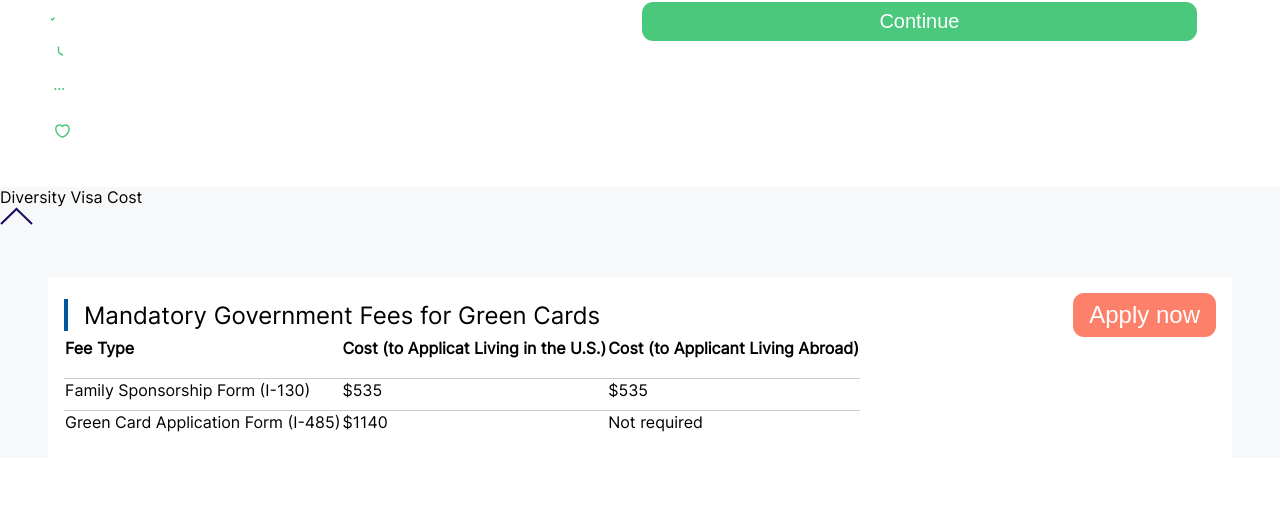
Repository: switch247/small_ui
Page: /, after clicking the first element matching `div.dropdown__clickable`
These files come from the project's save history. The page is drawn as it stood at one moment and after the next save; the edit follows.
The browser window is 1280 px wide. The pictures show the part of the page from y = 720 to 1263 px (the page is 1226 px tall before and 1263 px after).
The project was rebuilt for these pictures with package versions that can differ from the ones it lists, and the page was loaded fresh each time.

Above is the page before, as saved 2023-10-12 17:14:27.

### src/index.css
@font-face {
  font-family: Inter;
  src: url("./assets/fonts/Inter-Regular.ttf");
}

body {
  margin: 0;
  font-family: Inter;
}

code {
  font-family: source-code-pro, Menlo, Monaco, Consolas, "Courier New",
    monospace;
}

:root {
  --Verde: #4ac97d;
  --Dark_Blue: #1f3655;
  --Darker_Blue: #011527;
  --Cinza_Cairo: #e8e7e7;
  --Cinza_Cairo_2: #cdcbcb;
  --Azul_Escuro: #01264a;
  --Orange: #fd806b;
}

### src/App.tsx
import React from "react";
import "./App.css";
import Home from "./components/Home";
import TableView from "./components/Table";
import Description from "./components/Description";

function App() {
  return (
    <div className="App">
      <Home />
      <Description />
    </div>
  );
}

export default App;

### src/App.css
html {
  position: relative;
}

.App {
  height: 100%;
}

### src/components/Home.tsx
import React from "react";
import BorderdButton from "../elements/BorderdButton";
import "../css/components/Home.css";
import GreenCard from "./GreenCard";
import NumberCard from "../elements/NumberCard";

const Home = () => {
  return (
    <>
      <div className="app__background"></div>
      <main className="main">
        <header className="app__header">
          <img className="gov_assist_logo" src="/images/Govassist.png" alt="" />
          <BorderdButton text="Live Chat" color="white" />
        </header>
        <div className="main__container">
          <div className="main__left__contianer">
            <div className="main__left__title">
              Win the right to live{" "}
              <span style={{ color: "white" }}>
                {" "}
                <br /> in the USA!
              </span>
            </div>
            <div className="main__left__small_container">
              <div className="edge"></div>
              <div className="main__left__desc">
                The official deadline <br />
                is running, so hurry <br />
                up and{" "}
                <span
                  style={{ textDecoration: "underline", cursor: "pointer" }}
                >
                  apply here!
                </span>
              </div>
              <div className="number__list__container">
                <div>
                  <NumberCard number={27} desc="DAYS" />
                </div>
                <div>
                  <NumberCard number={24} desc="HOURS" />
                </div>
                <div>
                  <NumberCard number={60} desc="MINUTES" />
                </div>
                <div>
                  <NumberCard number={27} desc="SECONDS" />
                </div>
              </div>
            </div>
            <div className="main__left__lists">
              <div className="list">
                <img
                  className="list__img"
                  src="/images/🦆 icon _people_.svg"
                  alt=""
                />
                <div className="list__desc">
                  50,000 people and their families will Live, Work and Study in
                  USA.
                </div>
              </div>
              <div className="list">
                <img
                  className="list__img"
                  src="/images/🦆 icon _medal star_.svg"
                  alt=""
                />
                <div className="list__desc">
                  OFFICIAL USA Governmental program.
                </div>
              </div>
              <div className="list">
                <img
                  className="list__img"
                  src="/images/🦆 icon _wallet check_.svg"
                  alt=""
                />
                <div className="list__desc">
                  Your chance to LIVE, WORK & STUDY in USA.
                </div>
              </div>
              <div className="list">
                <img
                  className="list__img"
                  src="/images/🦆 icon _clock_.svg"
                  alt=""
                />
                <div className="list__desc">
                  Simple registration within 5 minutes.
                </div>
              </div>
              <div className="list">
                <img
                  className="list__img"
                  src="/images/🦆 icon _message_.svg"
                  alt=""
                />
                <div className="list__desc">
                  Personal support in every step.
                </div>
              </div>
              <div className="list">
                <img
                  className="list__img"
                  src="/images/🦆 icon _lovely_.svg"
                  alt=""
                />
                <div className="list__desc">
                  Double chance for married people to win the Green Card.
                </div>
              </div>
            </div>
          </div>
          <div className="main__right__contianer">
            <GreenCard />
          </div>
        </div>
      </main>
    </>
  );
};

export default Home;

### src/components/Description.tsx
import { useState } from "react";
import TableView from "./Table";
import "../css/components/Description.css";

const Description = () => {
  const [dropDownState, setDropDownState] = useState(false);
  let img_src = dropDownState ? "/images/up.svg" : "/images/down.svg";
  return (
    <div className="description__container">
      <div className="description__title"></div>
      <div className="description__dropdowns">
        <div className="dropdown">
          <div
            className="dropdown__clickable"
            onClick={() => {
              setDropDownState((dropDownState) => !dropDownState);
            }}
          >
            <div className="dropdown__title">Diversity Visa Cost</div>
            <img src={img_src} alt="" />
          </div>
          {dropDownState ? <TableView /> : null}
        </div>
      </div>
    </div>
  );
};

export default Description;

### src/elements/BorderdButton.tsx
import React from "react";
import "../css/elements/elements.css";

interface Props {
  borderColor?: string;
  text: string;
  color?: string;
  fontSize?: number;
}
const BorderdButton: React.FC<Props> = ({
  text,
  color,
  borderColor,
  fontSize,
}) => {
  return (
    <button
      className="borderd__button"
      style={{ color: color, borderColor: borderColor, fontSize: fontSize }}
    >
      {text}
    </button>
  );
};

export default BorderdButton;

### src/css/components/Home.css
html {
  position: relative;
  font-family: Inter;
}

.App {
  height: 100%;
}

.app__background {
  position: absolute;
  top: 0;
  left: 0;
  z-index: -9;
  background: url("../../../public/images/background.gif");
  background-repeat: no-repeat;
  background-size: cover;
  background-clip: border-box;
  width: 100%;
  height: 100vh;
}

.app__header {
  display: flex;
  background-color: var(--Dark_Blue);
  justify-content: space-between;
  align-items: center;
  padding: 0.5rem 2rem;
  margin: 2rem 3rem;
  border-top-right-radius: 0.7rem;
  border-bottom-right-radius: 0.7rem;
  border-top-left-radius: 0.7rem;
  border-bottom-left-radius: 0.7rem;
}
.gov_assist_logo {
  width: 10rem;
  aspect-ratio: 2/1;
}

.main__container {
  /* width: 100%; */
  display: flex;
  /* gap: 2rem; */
  margin: 3rem;
  justify-content: space-between;
}

.main__left__contianer {
  display: flex;
  flex-direction: column;
  gap: 2rem;
  flex: 1;
}
.main__left__title {
  font-size: 4rem;
  font-style: normal;
  font-weight: 700;
  color: var(--Verde);
}
.main__left__small_container {
  display: flex;
  justify-content: flex-start;
  align-items: center;
  gap: 1rem;
}
.edge {
  width: 5px;
  height: 4.5rem;
  background-color: #d9d9d9;
}
.number__list__container {
  display: flex;
  gap: 0.5rem;
}
.main__left__desc {
  font-size: 1.5rem;
  font-weight: 500;
  color: white;
}
.main__left__lists {
  display: flex;
  flex-direction: column;
  gap: 1rem;
}
.list {
  display: flex;
  gap: 1rem;
}
.list__img {
  width: 1.4rem;
  aspect-ratio: 1/1;
}
.list__desc {
  color: white;
}
.main__right__contianer {
  flex: 1;
  display: flex;
  justify-content: flex-end;
}

### src/components/GreenCard.tsx
import CustomInput from "../elements/CustomInput";
import "../css/components/GreenCard.css";
import CurvedButton from "../elements/CurvedButton";

const GreenCard = () => {
  return (
    <div className="card__container">
      <div className="small__title">
        <img className="arrow_image" src="/images/right_arrow.svg" alt="" />
        <div className="small_title_1">Check now for free</div>
      </div>
      <div className="main__title">Green card eligibility</div>
      <div className="card__name">
        <CustomInput placeholder="First Name" />
        <CustomInput placeholder="Last Name" />
      </div>
      <div className="card__email">
        <CustomInput placeholder="Email Address" />
        <CustomInput placeholder="Your email" />
      </div>
      <div className="card__country">
        <CustomInput placeholder="Your country of birth" />
      </div>

      <div className="card__marital">
        <CustomInput placeholder="Marital status" />
      </div>
      <div className="card_check">
        <input className="checkbox" type="checkbox" />
        <div>Yes, I finished high school OR I have qualifying training.</div>
      </div>
      <div className="card__continue">
        <CurvedButton
          text="Continue"
          color="white"
          backgroundColor="##4AC97D"
          fontSize={20}
        />
      </div>
    </div>
  );
};

export default GreenCard;

### src/elements/NumberCard.tsx
import React from "react";

interface Props {
  number: number;
  desc: string;
}
const NumberCard: React.FC<Props> = ({ number, desc }) => {
  return (
    <div className="number__container">
      <div className="number">{number}</div>
      <div className="desc">{desc}</div>
    </div>
  );
};

export default NumberCard;

### src/components/Table.tsx
import React from "react";
import "../css/components/Table.css";
import CurvedButton from "../elements/CurvedButton";

interface Props {}

const TableView: React.FC<Props> = () => {
  return (
    <div className="tableview__container">
      <div className="tableview__header">
        <div className="left__coint"></div>
        <div className="tableview__title">
          Mandatory Government Fees for Green Cards
        </div>
        <div className="tableview__curved__btn">
          <CurvedButton
            text="Apply now"
            color="white"
            backgroundColor="#fd806b"
            fontSize={24}
          />
        </div>
      </div>
      <table>
        <thead>
          <tr>
            <th>Fee Type</th>
            <th>Cost (to Applicat Living in the U.S.)</th>
            <th>Cost (to Applicant Living Abroad)</th>
          </tr>
        </thead>
        <tbody>
          <tr>
            <td>Family Sponsorship Form (I-130)</td>
            <td>$535</td>
            <td>$535</td>
          </tr>
          <tr>
            <td>Green Card Application Form (I-485)</td>
            <td>$1140</td>
            <td>Not required</td>
          </tr>
        </tbody>
      </table>
    </div>
  );
};

export default TableView;

### src/css/components/Description.css
.description__container {
  background-color: #f7f8f9;
}

### src/css/elements/elements.css
.curved__button {
  background-color: var(--Verde);
  outline: none;
  border: none;
  border-top-right-radius: 0.7rem;
  border-bottom-right-radius: 0.7rem;
  border-top-left-radius: 0.7rem;
  border-bottom-left-radius: 0.7rem;
  padding: 0.5rem 1rem;
  transition: all 200ms linear;
  cursor: pointer;
  flex: 1;
}

.curved__button:hover {
  background-color: var(--Verde);
}

.borderd__button {
  outline: none;
  border: 2px solid var(--Cinza_Cairo);
  border-top-right-radius: 0.3rem;
  border-bottom-right-radius: 0.3rem;
  border-top-left-radius: 0.3rem;
  border-bottom-left-radius: 0.3rem;
  padding: 0.7rem 1.2rem;
  transition: all 200ms linear;
  cursor: pointer;
  background-color: rgba(255, 255, 255, 0);
}

.custom_input {
  border: none;
  border-top-right-radius: 0.5rem;
  border-bottom-right-radius: 0.5rem;
  border-top-left-radius: 0.5rem;
  border-bottom-left-radius: 0.5rem;
  font-style: italic;
  padding: 0.7rem 0.7rem;
  background-color: var(--Cinza_Cairo);
  flex: 1;
  font-size: 1.2rem;
}
.custom_input:focus {
  outline: none;
}

.custom_input::placeholder {
  font-style: italic;
  color: var(--Cinza_Cairo_2);
  font-weight: 200;
  font-family: Inter;
}

.number__container {
  width: fit-content;
  display: flex;
  flex-direction: column;
  align-items: center;
  padding: 0.5rem 1rem;
  border-top-right-radius: 0.7rem;
  border-bottom-right-radius: 0.7rem;
  border-top-left-radius: 0.7rem;
  border-bottom-left-radius: 0.7rem;
  background-color: #080f1a;
}
.number {
  font-size: 2rem;
  font-weight: 800;
  color: white;
}
.desc {
  font-size: 0.7rem;
  font-weight: 300;
  color: #a5deff;
}

### src/elements/CustomInput.tsx
import React from "react";
import "../css/elements/elements.css";

interface Props {
  placeholder?: string;
  color?: string;
  placholderColor?: string;
  fontSize?: number;
}
const CustomInput: React.FC<Props> = ({
  color,
  placeholder,
  placholderColor,
}) => {
  return (
    <input
      className="custom_input"
      type="text"
      placeholder={placeholder}
      color={color}
    />
  );
};

export default CustomInput;

### src/css/components/GreenCard.css
.card__container {
  /* width: 40%; */
  width: fit-content;
  background-color: white;
  padding: 2.2rem;
  display: flex;
  flex-direction: column;
  align-items: center;
  justify-content: center;
  gap: 1.5rem;
  border-radius: 50px;
}
.small__title {
  display: flex;
  align-self: start;
  align-items: center;
  gap: 1rem;
  color: var(--Verde);
  font-weight: 600;
  font-size: 1.2rem;
}
.arrow_image {
  width: 1.4rem;
  aspect-ratio: 1/1;
}
.small_title_1 {
}
.checkbox {
  border: 4px solid black;
  border-radius: 4px;
}
.main__title {
  font-size: 48px;
  font-weight: 700;
}
.card__name {
  display: flex;
  width: 100%;
  gap: 0.5rem;
  justify-content: space-between;
}
.card__email {
  display: flex;
  width: 100%;
  gap: 0.5rem;
  justify-content: space-between;
}
.card__country {
  width: 100%;
  display: flex;
}

.card__marital {
  width: 100%;
  display: flex;
}

.card_check {
  align-self: flex-start;
  display: flex;
  gap: 1rem;
}
.card__continue {
  width: 100%;
  display: flex;
}

### src/elements/CurvedButton.tsx
import React from "react";
import "../css/elements/elements.css";

interface Props {
  backgroundColor?: string;
  text: string;
  color?: string;
  fontSize?: number;
}
const CurvedButton: React.FC<Props> = ({
  backgroundColor,
  color,
  text,
  fontSize,
}) => {
  return (
    <button
      className="curved__button"
      style={{
        backgroundColor: backgroundColor,
        color: color,
        fontSize: fontSize,
      }}
    >
      {text}
    </button>
  );
};

export default CurvedButton;

### src/css/components/Table.css
.tableview__container {
  /* width: 100%; */
  margin: 3rem;
  padding: 1rem;
  background-color: white;
}
.tableview__header {
  display: flex;
  justify-content: flex-start;
  align-items: center;
  gap: 1rem;
}
.tableview__title {
  flex-grow: 1;
  font-size: 1.5rem;
}
.tableview__curved__btn {
  align-self: flex-end;
}
.left__coint {
  width: 4px;
  height: 2rem;
  background-color: #00579b;
}
table {
  border-collapse: collapse;
}
th {
  align-self: flex-start;
}
th,
td {
  text-align: start;
}

th {
  padding-bottom: 20px;
}
td {
  padding-bottom: 10px;
}
table td {
  border-top: 1px solid #ccc;
  margin: 1rem;
}

Loaded but not shown: public/index.html (common file); src/index.tsx (common file)

After the next save:
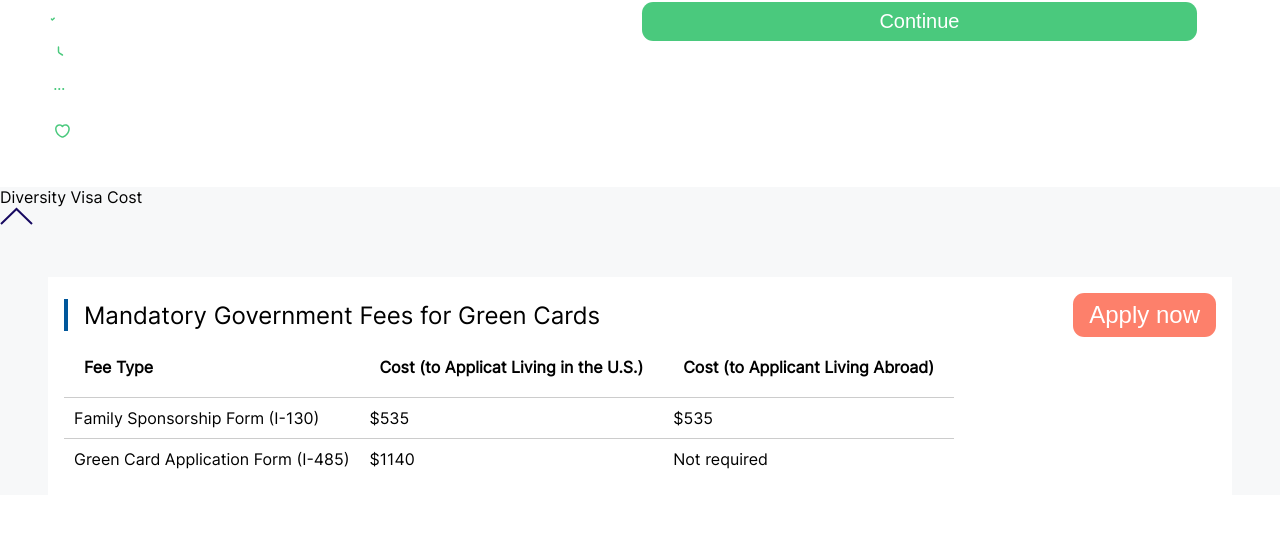
Saved 19 s later.
--- a/src/css/components/Table.css
+++ b/src/css/components/Table.css
@@ -34,10 +34,10 @@ td {
 }
 
 th {
-  padding-bottom: 20px;
+  padding: 20px;
 }
 td {
-  padding-bottom: 10px;
+  padding: 10px;
 }
 table td {
   border-top: 1px solid #ccc;
